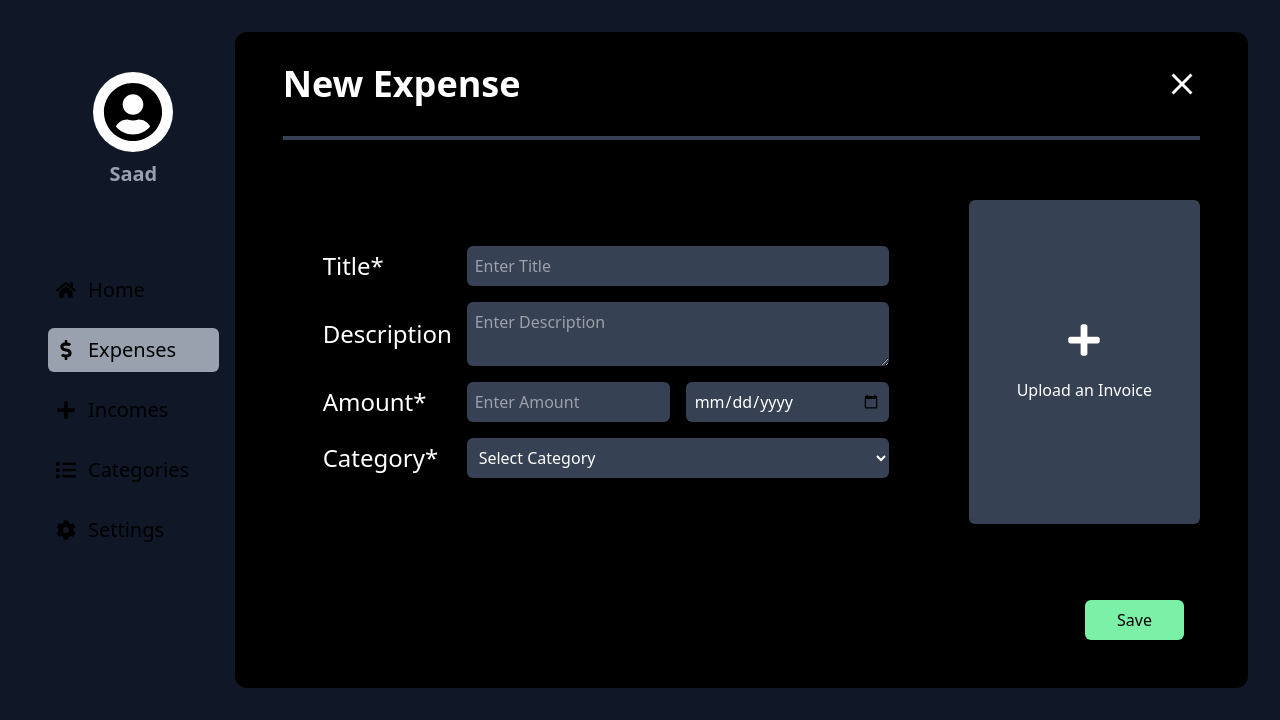
Repository: saad-naveed-brainx/Expense
Page: /expenses
These files come from the project's save history. The page is drawn as it stood at one moment and after the next save; the edit follows.
The browser window is 1280 px wide. The pictures show the whole page.
The project was rebuilt for these pictures with package versions that can differ from the ones it lists, and the page was loaded fresh each time. Also part of the build but not shown: vite.config.js, src/components/LandingPage.jsx, src/components/NotUsed.jsx.

Above is the page before, as saved 2025-09-04 17:35:19.

After the next save:
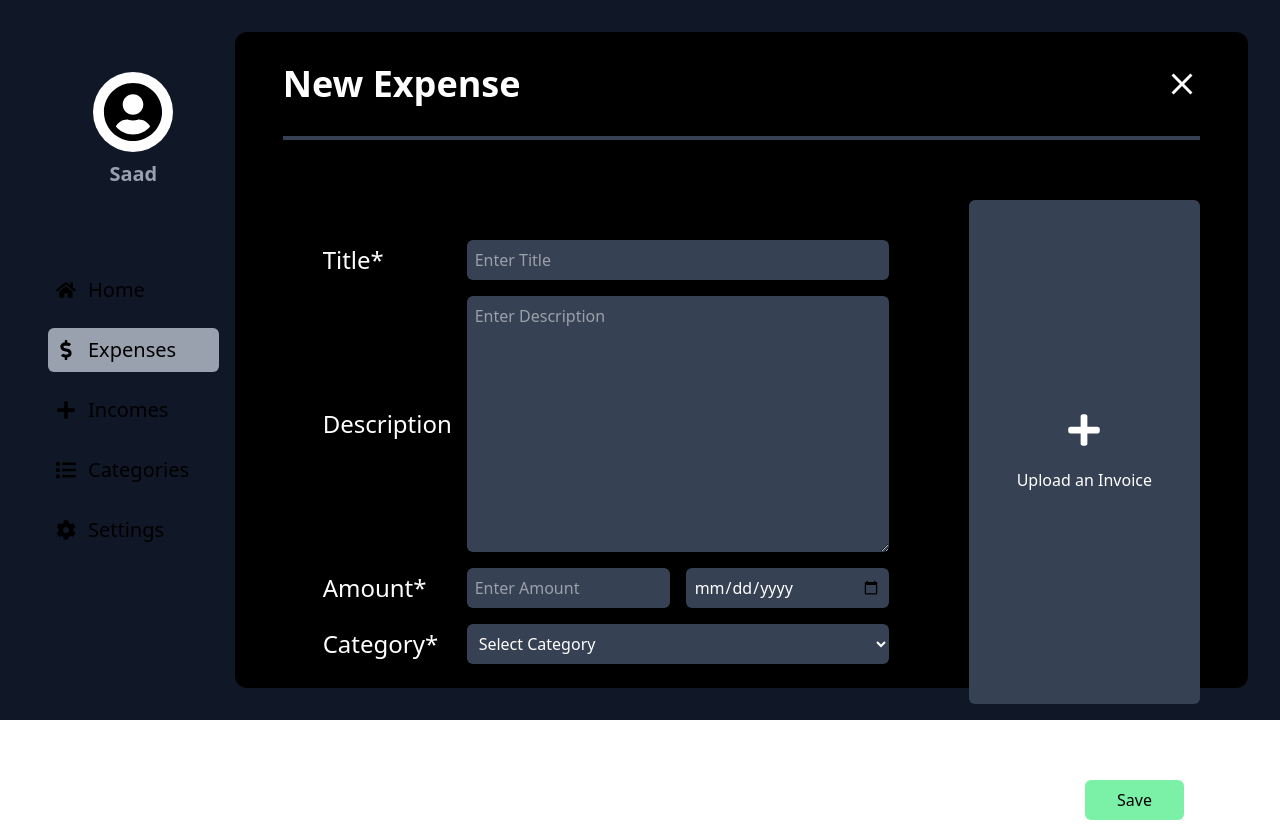
Saved 7 s later.
--- a/src/components/Expenses.jsx
+++ b/src/components/Expenses.jsx
@@ -34,7 +34,7 @@
             </div>
             <div className='flex gap-4 items-center'>
               <h1 className='text-2xl w-32 shrink-0'>Description</h1>
-              <textarea type="text" placeholder='Enter Description' className='bg-gray-700 rounded-md p-2 flex-1 min-w-0' {...register("description")} />
+              <textarea cols="30" rows="10" type="text" placeholder='Enter Description' className='bg-gray-700 rounded-md p-2 flex-1 min-w-0' {...register("description")} />
             </div>
             <div className='flex gap-4 items-center'>
               <h1 className='text-2xl w-32 shrink-0'>Amount*</h1>

After the 2 saves that followed:
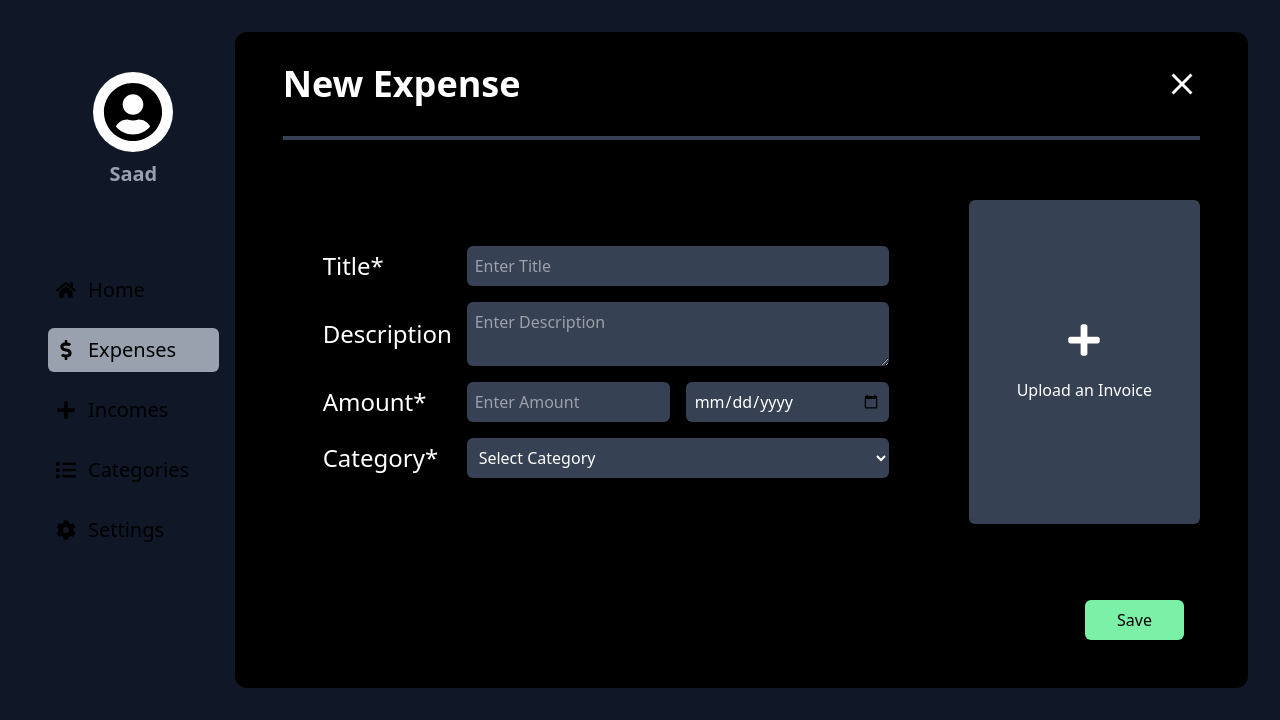
The 2 saves are shown as one change because they came seconds apart.
The last was saved 9 s later.
--- a/src/components/Expenses.jsx
+++ b/src/components/Expenses.jsx
@@ -34,7 +34,7 @@
             </div>
             <div className='flex gap-4 items-center'>
               <h1 className='text-2xl w-32 shrink-0'>Description</h1>
-              <textarea cols="30" rows="10" type="text" placeholder='Enter Description' className='bg-gray-700 rounded-md p-2 flex-1 min-w-0' {...register("description")} />
+              <textarea cols="40" type="text" placeholder='Enter Description' className='bg-gray-700 rounded-md p-2 flex-1 min-w-0' {...register("description")} />
             </div>
             <div className='flex gap-4 items-center'>
               <h1 className='text-2xl w-32 shrink-0'>Amount*</h1>
